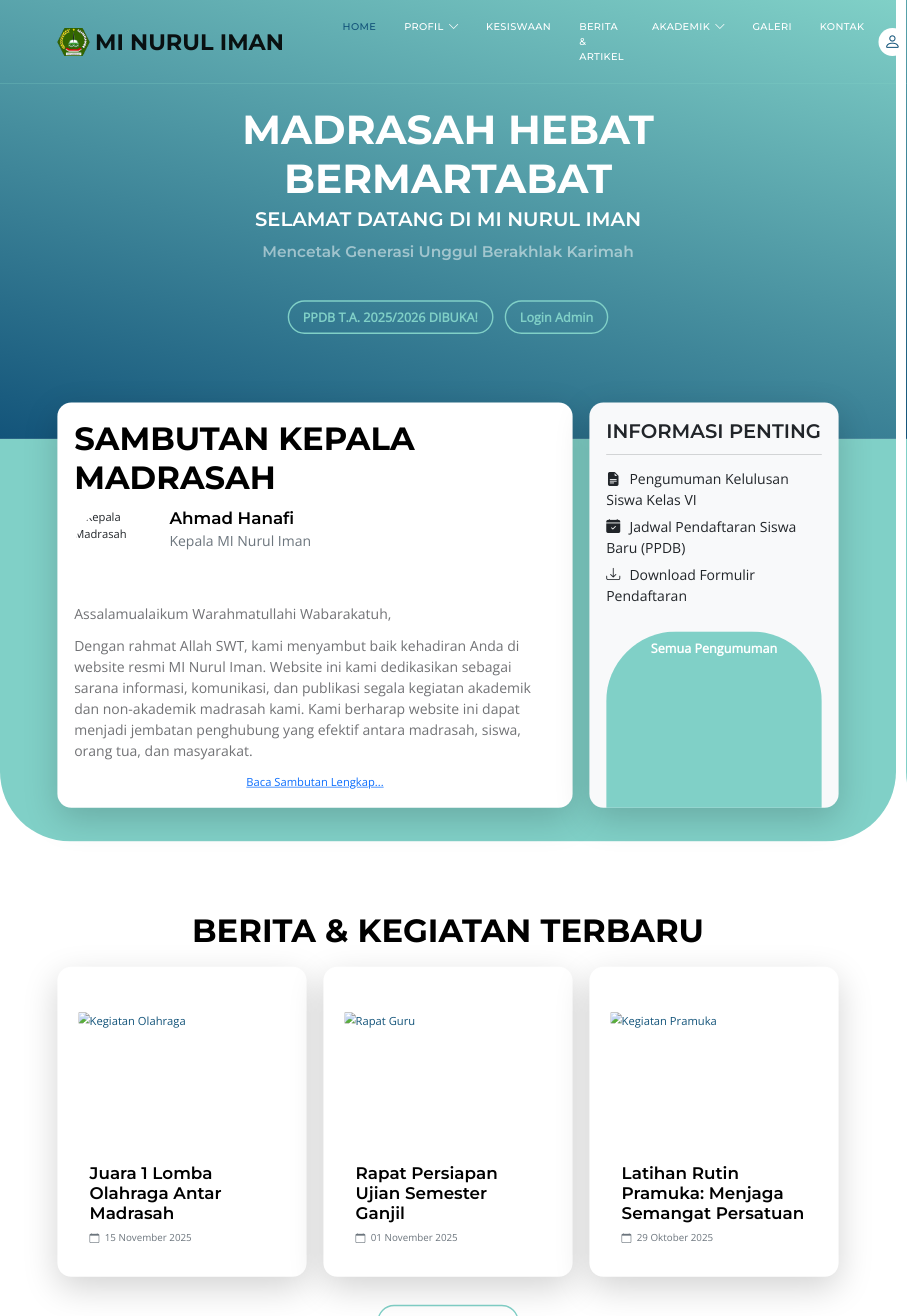
Repository: MKennyChaniago/sekolah-mi-nurul-iman
Page: http://localhost/
The author's editor kept a copy of each file at every save. The page is drawn from the files as they stood at one save, then again after the next save.
The browser window is 1280 px wide. The page is 1295 px wide, so the pictures cover 1295 px, including what lies to the right of the window. The pictures show the part of the page from y = 0 to 1880 px (the page is 4549 px tall), at 70% of full size.
The page is served by the project's Laravel application, run on PHP 8.4 with Laravel 12. Queries for data that is not in the repository find no rows.

Above is the page before, as saved 2025-12-16 01:28:40.
Console error: TypeError: Cannot read properties of undefined (reading 'top')

After the next save:
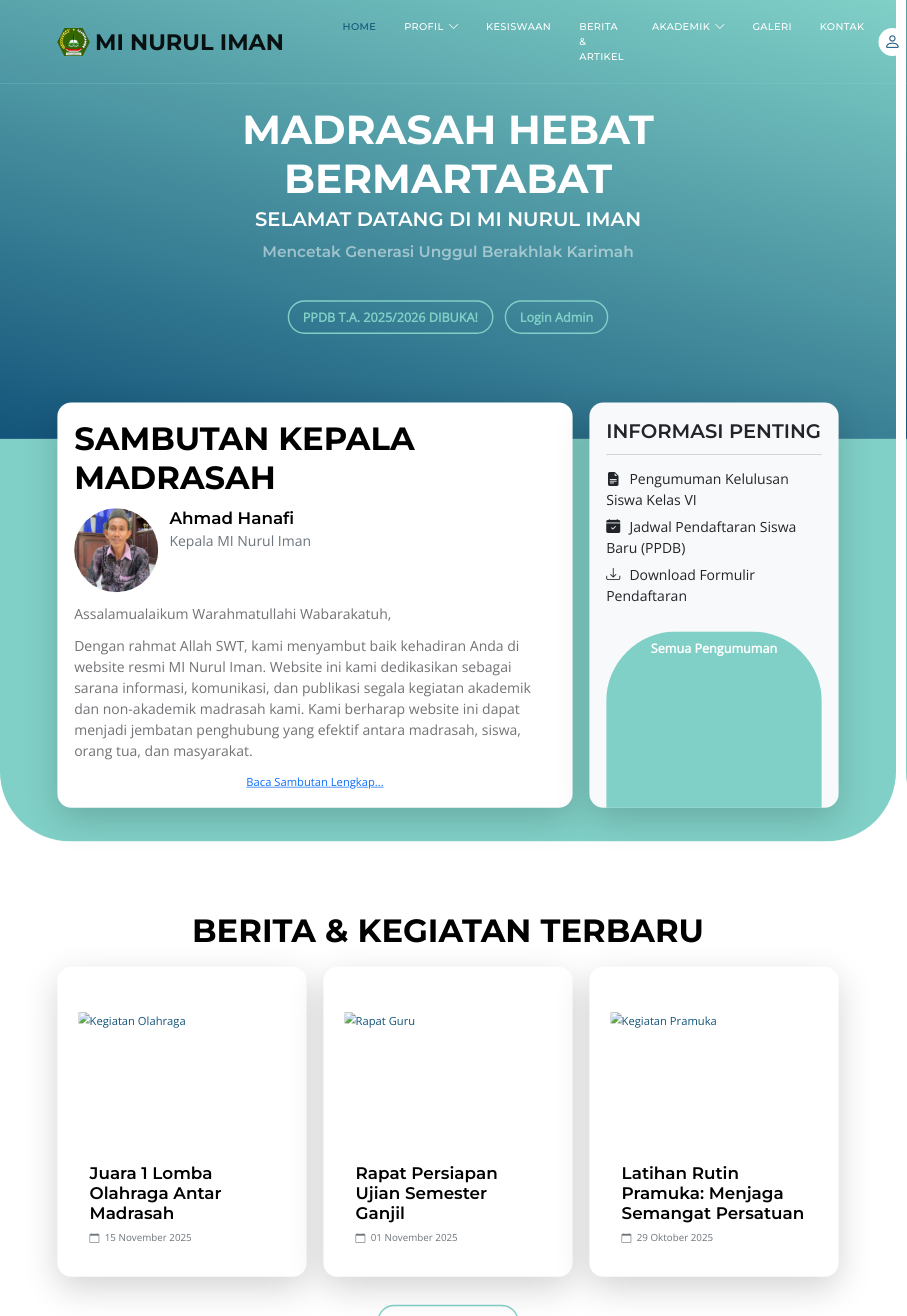
Saved 26 s later.
--- a/resources/views/home.blade.php
+++ b/resources/views/home.blade.php
@@ -33,7 +33,7 @@
                     <div class="custom-block bg-white shadow-lg p-4">
                         <h2 class="mb-3">SAMBUTAN KEPALA MADRASAH</h2>
                         <div class="d-flex mb-3">
-                            <img src="{{ asset('images/kepala/kepala-madrasah.jpg') }}"
+                            <img src="{{ asset('images/kepala/kepala-madrasah.jpeg') }}"
                                 class="img-fluid me-3 rounded-circle"
                                 style="width:120px;height:120px;object-fit:cover;"
                                 alt="Kepala Madrasah">
